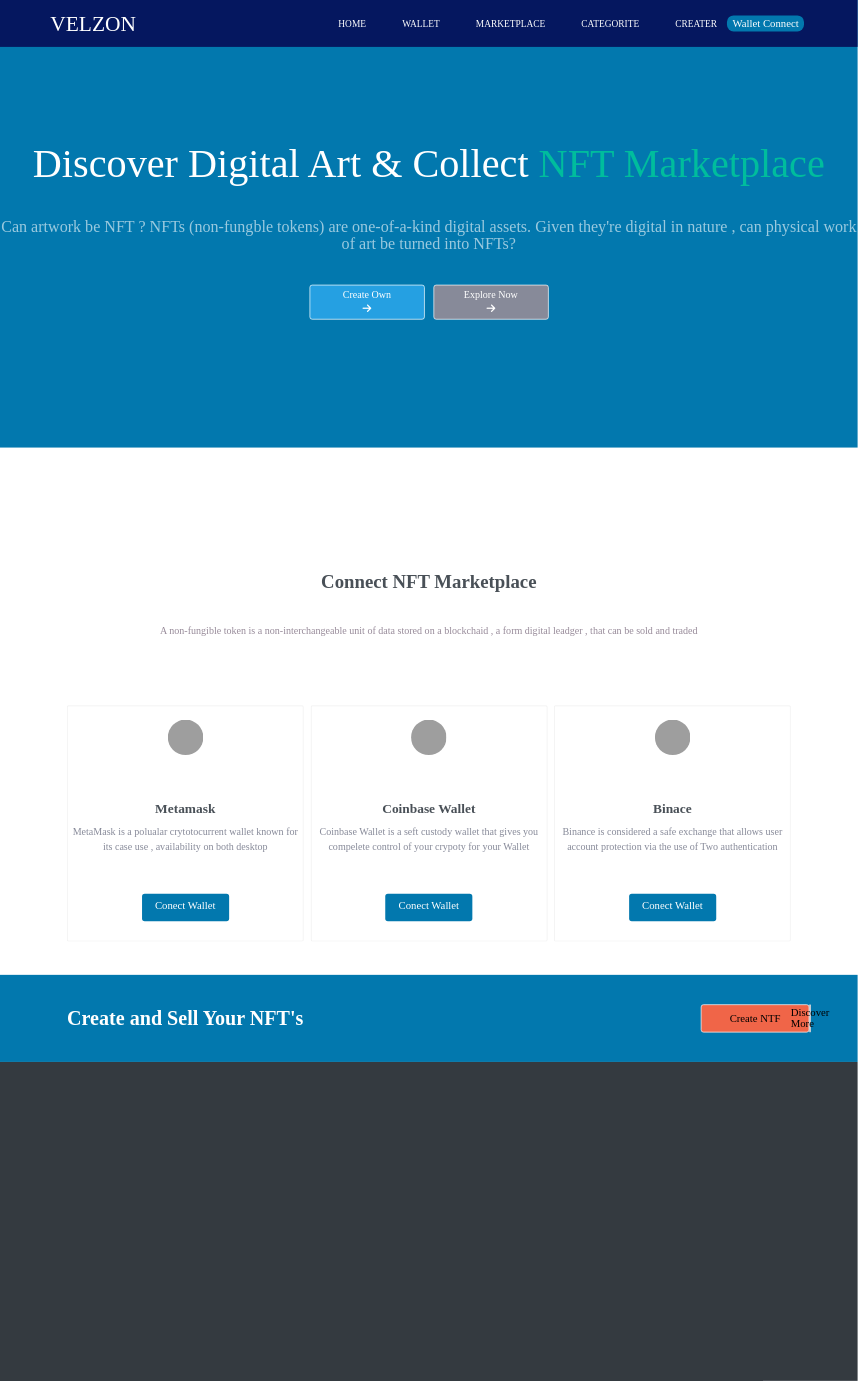
Repository: HuynhDuc23/Webvideodesgin
Page: index.html
These files come from the project's save history. The page is drawn as it stood at one moment and after the next save; the edit follows.
The browser window is 1280 px wide. The page is 1293 px wide, so the pictures cover 1293 px, including what lies to the right of the window. The pictures show the whole page, at 67% of full size.
Pictures or frames that could not be fetched are drawn as grey boxes. The style sheet was rebuilt from its Sass, Less or Tailwind sources for each picture, by a compiler version that may differ from the author's.

Above is the page before, as saved 2023-04-26 09:43:44.

After the next save:
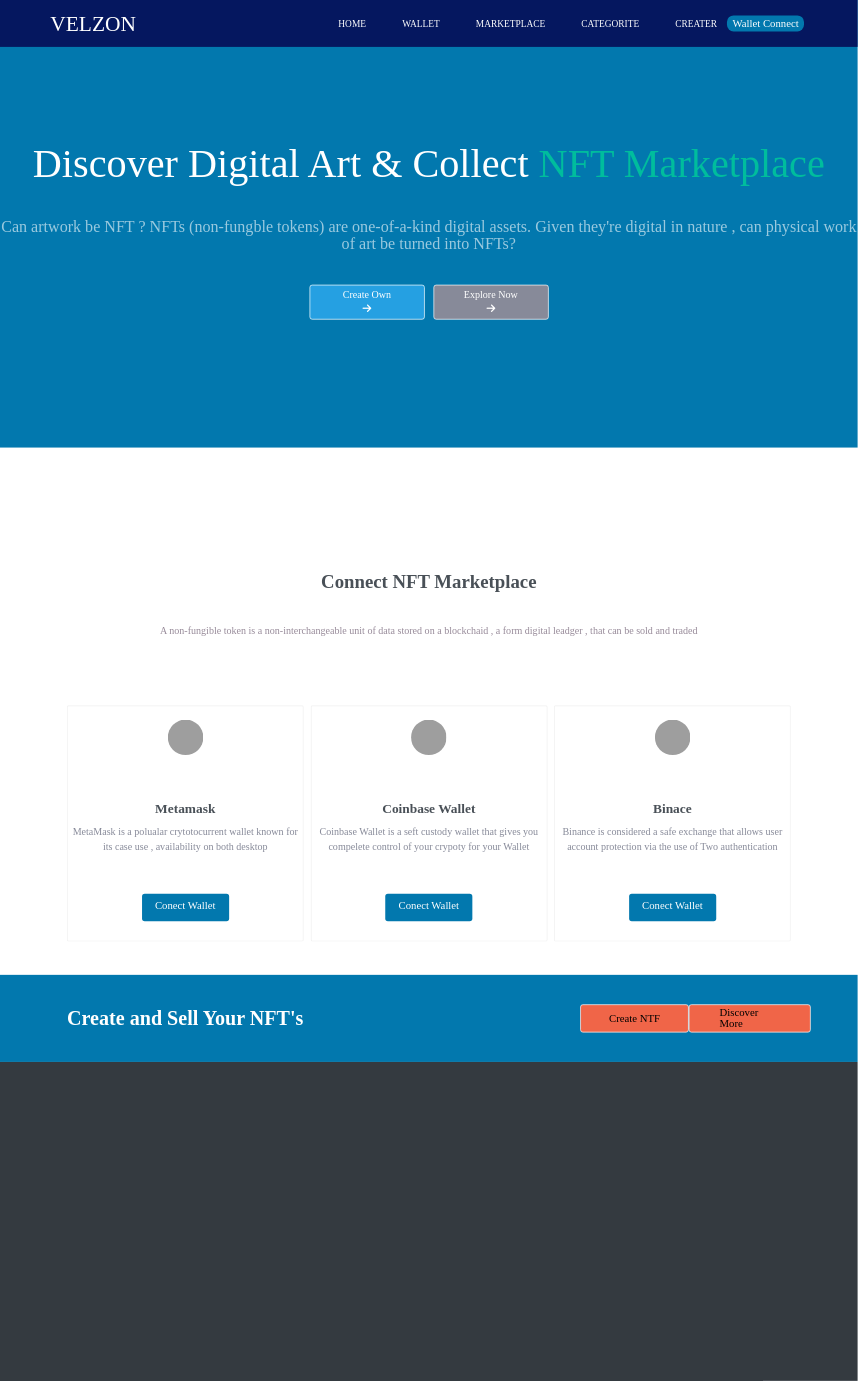
Saved 7 s later.
--- a/style.scss
+++ b/style.scss
@@ -296,7 +296,7 @@
 
             }
             &__2 {
-                width: 180;
+                width: 180px;
                 height: 40px;
                 background-color: #f06548;
                 border: 1px solid white;
